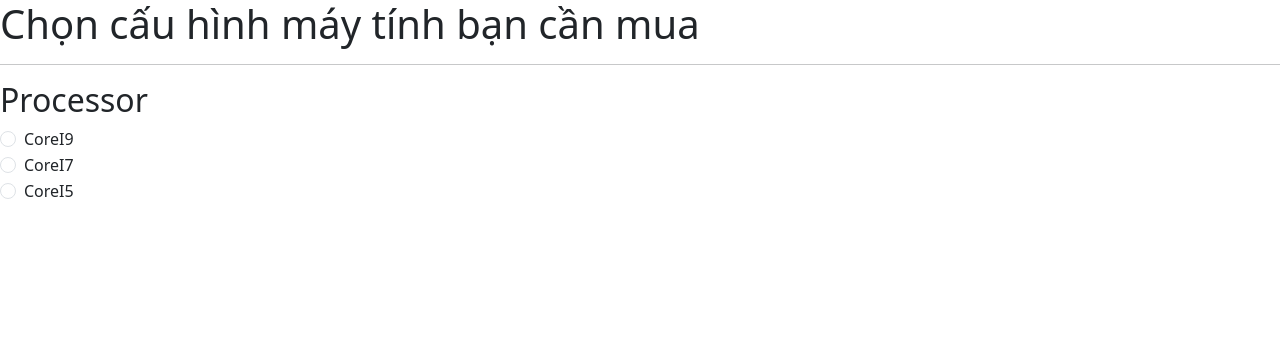
Repository: Vanh260703/Java-Servlet
Page: http://localhost/Bai7/muaMayTinh.jsp
These files come from the project's save history. The page is drawn as it stood at one moment and after the next save; the edit follows.
The browser window is 1280 px wide. The pictures show the whole page.
The page is served by Tomcat 9.

Above is the page before, as saved 2025-03-04 18:49:26.

After the next save:
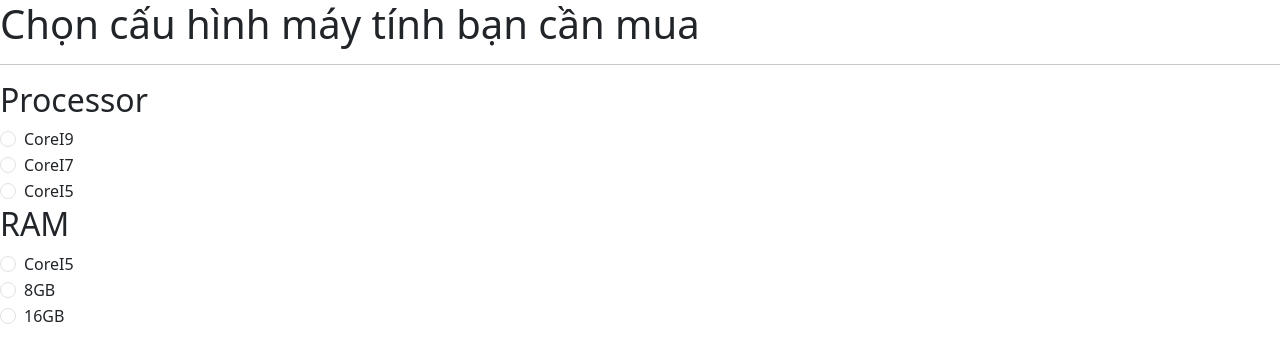
Saved 76 s later.
--- a/Bai7/src/main/webapp/muaMayTinh.jsp
+++ b/Bai7/src/main/webapp/muaMayTinh.jsp
@@ -32,6 +32,26 @@
     CoreI5
   </label>
 </div>
+<h2>RAM</h2>
+<div class="form-check">
+  <input class="form-check-input" type="radio" name="processor" id="coreI5" value = "coreI5" >
+  <label class="form-check-label" for="coreI5">
+    CoreI5
+  </label>
+</div>
+<div class="form-check">
+  <input class="form-check-input" type="radio" name="ram" id="8GB" value = "8GB" >
+  <label class="form-check-label" for="8GB">
+    8GB
+  </label>
+</div>
+<div class="form-check">
+  <input class="form-check-input" type="radio" name="ram" id="16GB" value = "16GB" >
+  <label class="form-check-label" for="16GB">
+    16GB
+  </label>
+</div>
+
 	</form>
 </body>
 </html>
